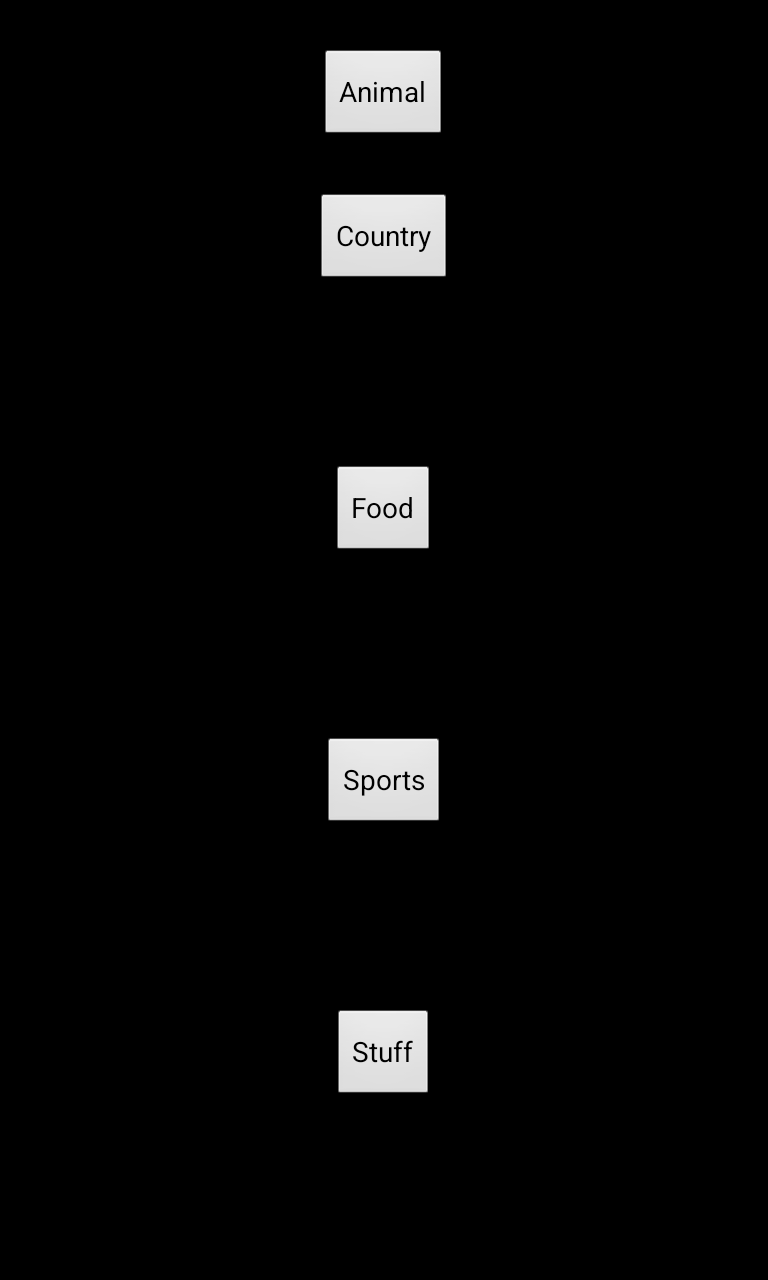
Repository: aster9725/HK-CityU-SummerExchange
Layout: Copy of WordQuiz/res/layout/activity_category.xml
The author's editor kept a copy of each file at every save. The layout is drawn from the files as they stood at one save, then again after the next save.
It is drawn on a 768 x 1280 px phone screen (xhdpi) without system bars, with theme android:Theme; the app's code is not run.

Above is the layout before, as saved 2014-07-24 09:55:36.

After the next save:
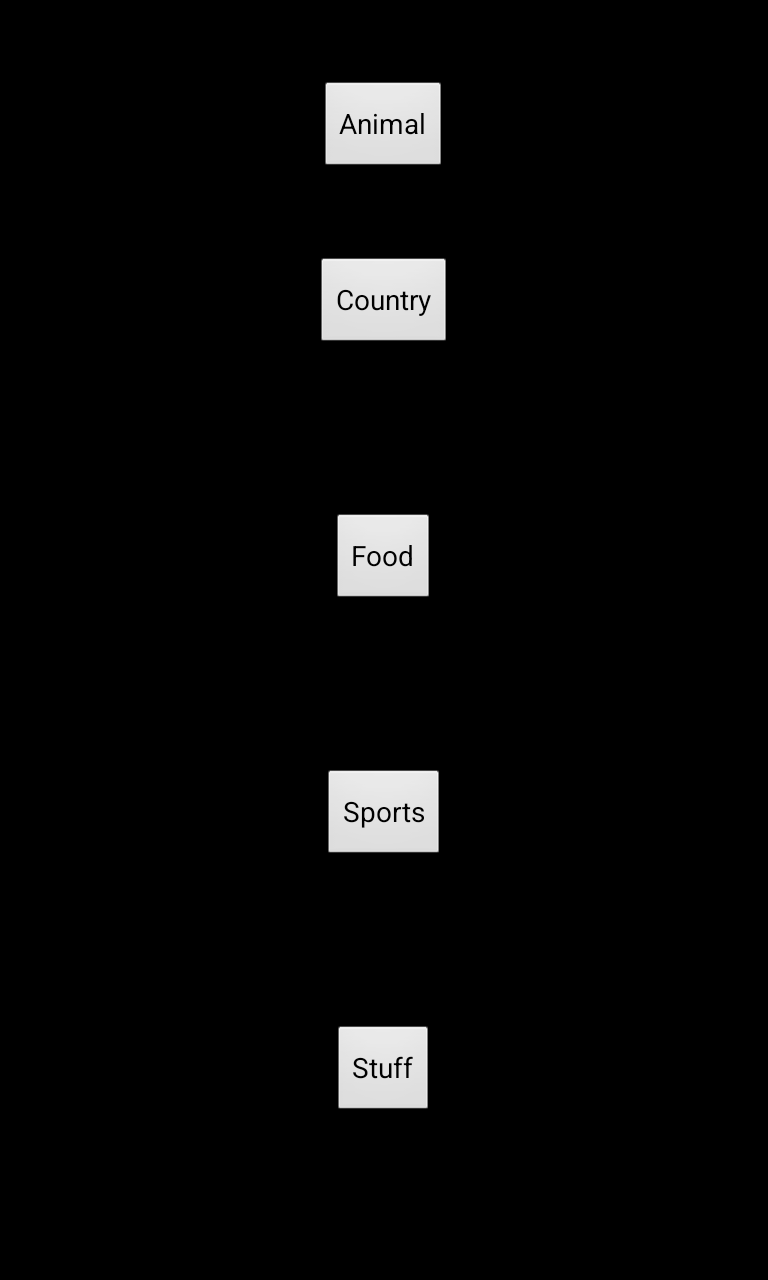
Saved 41 s later.
--- a/Copy of WordQuiz/res/layout/activity_category.xml
+++ b/Copy of WordQuiz/res/layout/activity_category.xml
@@ -8,8 +8,8 @@
         android:layout_width="match_parent"
         android:layout_height="wrap_content"
         android:layout_weight="1"
-        android:orientation="horizontal"
-        android:gravity="center_vertical|center_horizontal" >
+        android:gravity="center_vertical|center_horizontal"
+        android:orientation="horizontal" >
 
         <Button
             android:id="@+id/category_animal"
@@ -22,15 +22,14 @@
         android:layout_width="match_parent"
         android:layout_height="wrap_content"
         android:layout_weight="1"
-        android:orientation="horizontal"
-        android:gravity="center_vertical|center_horizontal" >
+        android:gravity="center_vertical|center_horizontal"
+        android:orientation="horizontal" >
 
         <Button
             android:id="@+id/category_country"
             android:layout_width="wrap_content"
             android:layout_height="wrap_content"
             android:layout_gravity="center_horizontal"
-            android:layout_marginTop="40dp"
             android:text="Country" />
     </LinearLayout>
 
@@ -38,15 +37,14 @@
         android:layout_width="match_parent"
         android:layout_height="wrap_content"
         android:layout_weight="1"
-        android:orientation="horizontal"
-        android:gravity="center_vertical|center_horizontal" >
+        android:gravity="center_vertical|center_horizontal"
+        android:orientation="horizontal" >
 
         <Button
             android:id="@+id/category_food"
             android:layout_width="wrap_content"
             android:layout_height="wrap_content"
             android:layout_gravity="center_horizontal"
-            android:layout_marginTop="40dp"
             android:text="Food" />
     </LinearLayout>
 
@@ -54,15 +52,14 @@
         android:layout_width="match_parent"
         android:layout_height="wrap_content"
         android:layout_weight="1"
-        android:orientation="horizontal"
-        android:gravity="center_vertical|center_horizontal" >
+        android:gravity="center_vertical|center_horizontal"
+        android:orientation="horizontal" >
 
         <Button
             android:id="@+id/category_sport"
             android:layout_width="wrap_content"
             android:layout_height="wrap_content"
             android:layout_gravity="center_horizontal"
-            android:layout_marginTop="40dp"
             android:text="Sports" />
     </LinearLayout>
 
@@ -70,15 +67,14 @@
         android:layout_width="match_parent"
         android:layout_height="wrap_content"
         android:layout_weight="1"
-        android:orientation="horizontal"
-        android:gravity="center_vertical|center_horizontal" >
+        android:gravity="center_vertical|center_horizontal"
+        android:orientation="horizontal" >
 
         <Button
             android:id="@+id/category_stuff"
             android:layout_width="wrap_content"
             android:layout_height="wrap_content"
             android:layout_gravity="center_horizontal"
-            android:layout_marginTop="40dp"
             android:text="Stuff" />
     </LinearLayout>
 
